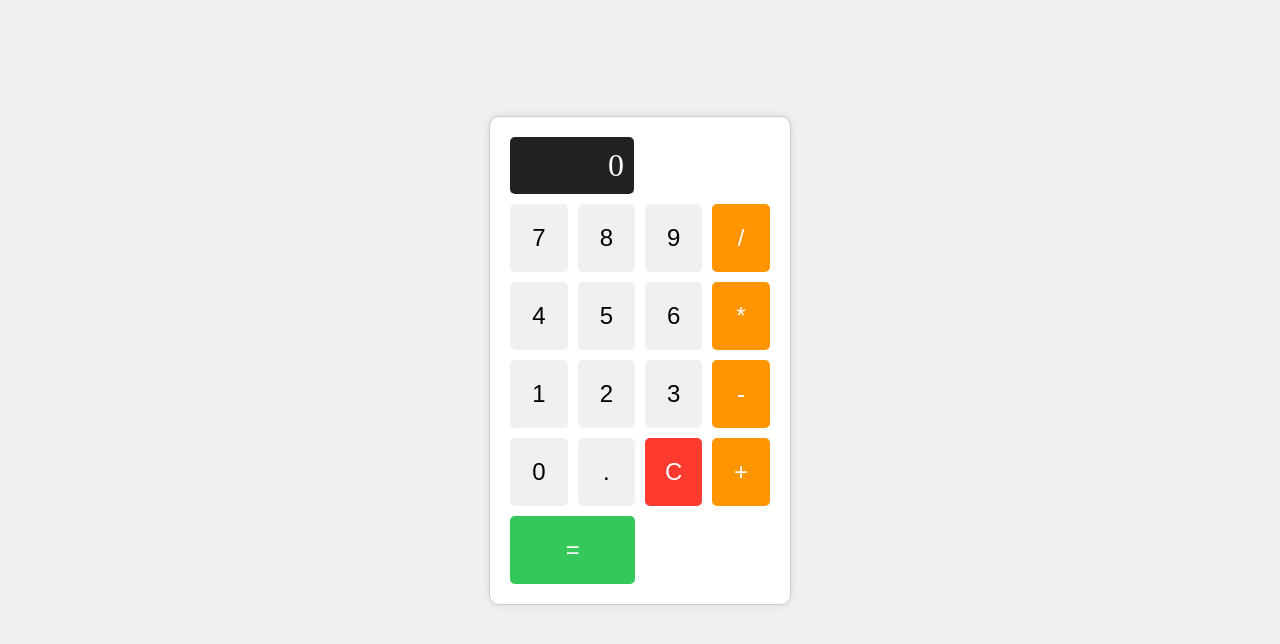
Repository: alizey12/calculator
Page: index.html
An editor plug-in stored every save of this project. The page is shown before and after the next save, followed by the edit.
The browser window is 1280 px wide. The pictures show the whole page.

Above is the page before, as saved 2024-11-23 18:30:06.

### index.html
<!DOCTYPE html>
<html lang="en">
<head>
    <meta charset="UTF-8">
    <meta name="viewport" content="width=device-width, initial-scale=1.0">
    <title>Document</title>
    <link rel="stylesheet" href="styles.css">
</head>
<body>


        <div class="calculator">
            <div class="display" id="display">0</div>
            <div class="buttons">
                <button class="btn">7</button>
                <button class="btn">8</button>
                <button class="btn">9</button>
                <button class="btn operator">/</button>
                <button class="btn">4</button>
                <button class="btn">5</button>
                <button class="btn">6</button>
                <button class="btn operator">*</button>
                <button class="btn">1</button>
                <button class="btn">2</button>
                <button class="btn">3</button>
                <button class="btn operator">-</button>
                <button class="btn">0</button>
                <button class="btn">.</button>
                <button class="btn" id="clear">C</button>
                <button class="btn operator">+</button>
                <button class="btn operator" id="equals">=</button>
            </div>
        </div>


    <script src="script.js"></script>
</body>
</html>

### styles.css
body {
    display: flex;
    justify-content: center;
    align-items: center;
    height: 100vh;
    background-color: #f0f0f0;
    margin: 0;
}

.calculator {
    border: 1px solid #ccc;
    border-radius: 10px;

    padding: 20px;
    background-color: #fff;
    box-shadow: 0 0 10px rgba(0, 0, 0, 0.1);
}

.display {
    font-size: 2em;
    margin-bottom: 10px;
    padding: 10px;
    width: 40%;
    background-color: #222;
    color: #fff;
    text-align: right;
    border-radius: 5px;
}

.buttons {
    display: grid;
    grid-template-columns: repeat(4, 1fr);
    gap: 10px;
}

.btn {
    padding: 20px;
    font-size: 1.5em;
    border: none;
    border-radius: 5px;
    background-color: #f0f0f0;
    cursor: pointer;
}

.btn.operator {
    background-color: #ff9500;
    color: #fff;
}

.btn#clear {
    background-color: #ff3b30;
    color: #fff;
}

.btn#equals {
    grid-column: span 2;
    background-color: #34c759;
    color: #fff;
}

Loaded but not shown: script.js (no copy from this time; the picture is the same without it)

After the next save:
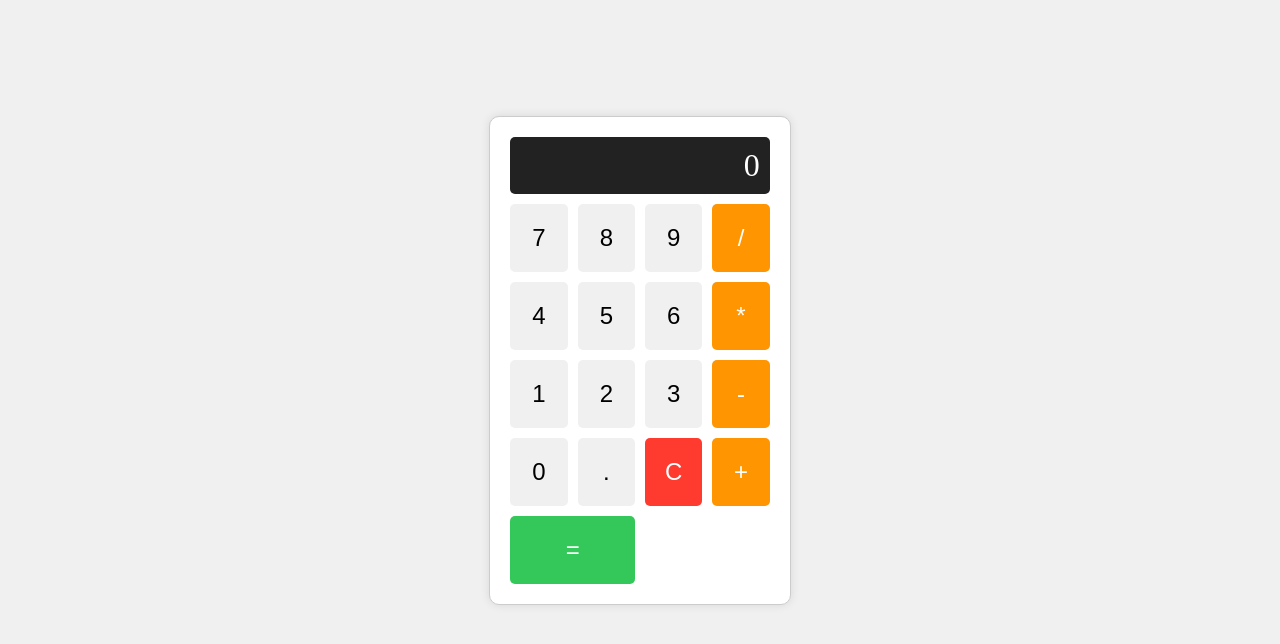
Saved 10 s later.
--- a/styles.css
+++ b/styles.css
@@ -20,7 +20,7 @@ body {
     font-size: 2em;
     margin-bottom: 10px;
     padding: 10px;
-    width: 40%;
+    height: 40%;
     background-color: #222;
     color: #fff;
     text-align: right;
